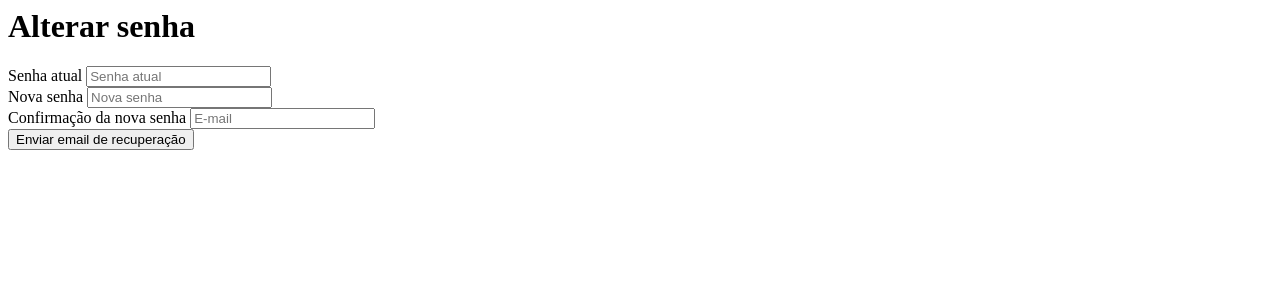
Repository: organicos/organicos.github.io
Page: partials/users/change_password.html
The author's editor kept a record of every edit. The page is drawn from the files as they stood at one moment, then again after the next edit.
The browser window is 1280 px wide. The pictures show the whole page.

Above is the page before.

### partials/users/change_password.html
<div class="row">
    <div class="col-sm-offset-4 col-md-offset-6 col-lg-offset-8 col-sm-16 col-md-12 col-lg-8"
</div>
<h1>Alterar senha</h1>

<form class="form" role="form" ng-submit="submitRetrievePassword()">
    <div class="form-group">
        <label for="e-mail">Senha atual</label>
        <input class="form-control" type="password" id="password" name="password" placeholder="Senha atual" ng-model="password">
    </div>
    <div class="form-group">
        <label for="e-mail">Nova senha</label>
        <input class="form-control" type="password" id="new_password" name="new_password" placeholder="Nova senha" ng-model="new_password">
    </div>
    <div class="form-group">
        <label for="e-mail">Confirmação da nova senha</label>
        <input class="form-control" type="password" id="email" name="email" placeholder="E-mail" ng-model="email">
    </div>
    <div class="form-group">
        <button type="submit" class="btn btn-success btn-block" ng-disabled="processingRetrievePassword">Enviar email de recuperação</button>
    </div>
</form>

After the next edit:
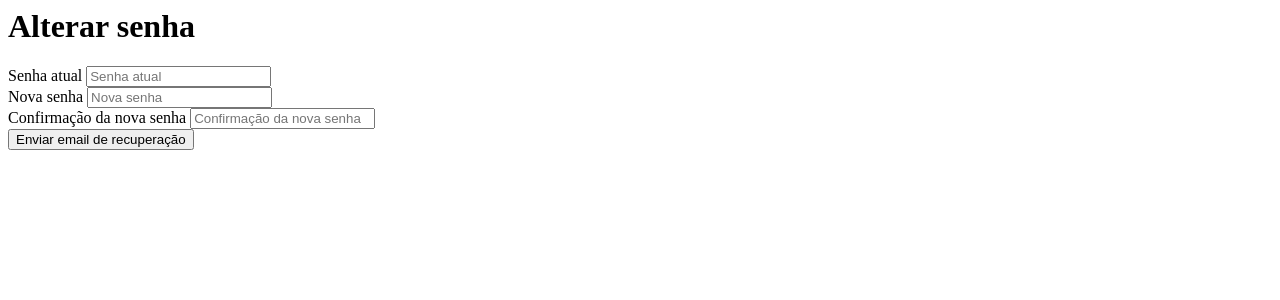
The edit:
--- a/partials/users/change_password.html
+++ b/partials/users/change_password.html
@@ -14,7 +14,7 @@
     </div>
     <div class="form-group">
         <label for="e-mail">Confirmação da nova senha</label>
-        <input class="form-control" type="password" id="email" name="email" placeholder="E-mail" ng-model="email">
+        <input class="form-control" type="password" id="new_password_hint" name="new_password_hint" placeholder="Confirmação da nova senha" ng-model="new_password_hint">
     </div>
     <div class="form-group">
         <button type="submit" class="btn btn-success btn-block" ng-disabled="processingRetrievePassword">Enviar email de recuperação</button>
